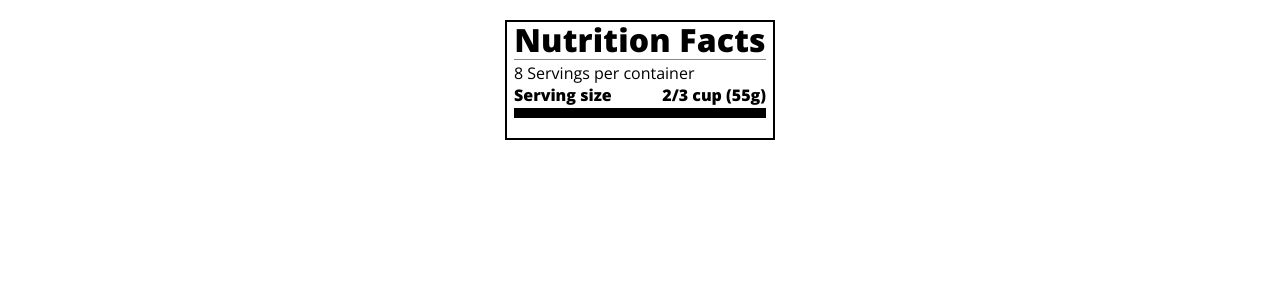
Repository: Lungdjos/typography
Page: index.html
The author's editor kept a copy of each file at every save. The page is drawn from the files as they stood at one save, then again after the next save.
The browser window is 1280 px wide. The pictures show the whole page.

Above is the page before, as saved 2023-10-28 01:23:13.

### index.html
<!DOCTYPE html>
<html lang="en">

<head>
    <meta charset="UTF-8">
    <meta name="viewport" content="width=device-width, initial-scale=1.0">
    <title>Nutrition Label</title>
    <link rel="stylesheet" href="styles.css">
    <link rel="stylesheet" href="https://fonts.googleapis.com/css?family=Open+Sans:400,700,800">
</head>

<body>
    <div class="label">
        <header>
            <h1 class="bold">Nutrition Facts</h1>
            <div class="divider"></div>
            <p>8 Servings per container</p>
            <p class="bold">Serving size <span>2/3 cup (55g)</span></p>
        </header>
        <div class="divider large"></div>
        <div class="calories-info">
            <div class="left-container">
                <h2 class="bold small-text"></h2>
            </div>
        </div>
    </div>

</body>

</html>

### styles.css
body {
    font-family: "Open Sans", sans-serif;
}

html {
    font-size: 16px;
}

.label {
    border: 2px solid black;
    width: 270px;
    margin: 20px auto;
    padding: 0 7px;
}

* {
    box-sizing: border-box;
}

header h1 {
    text-align: center;
    margin: -4px 0;
    letter-spacing: .15PX;
}

p {
    margin: 0;
    display: flex;
    justify-content: space-between;
}

.divider {
    border-bottom: 1px solid #888989;
    margin: 2px 0;
}

.bold {
    font-weight: 800;
}

.large {
    height: 10px;
}

.large,
.medium {
    background-color: black;
    border: 0;
}

After the next save:
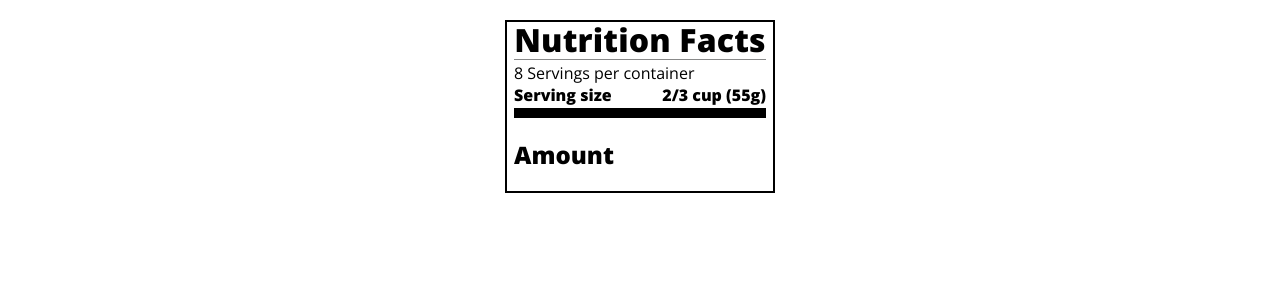
Saved 13 s later.
--- a/index.html
+++ b/index.html
@@ -20,7 +20,7 @@
         <div class="divider large"></div>
         <div class="calories-info">
             <div class="left-container">
-                <h2 class="bold small-text"></h2>
+                <h2 class="bold small-text">Amount</h2>
             </div>
         </div>
     </div>
